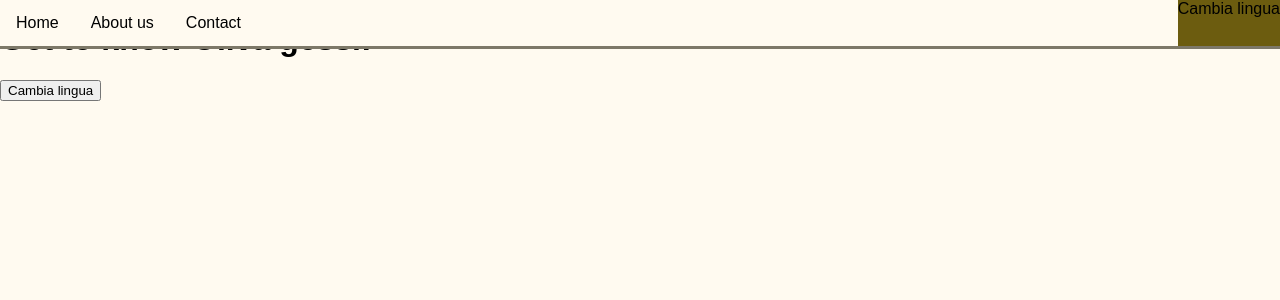
Repository: Seaside-Jokers/Oliva-gessi
Page: index.html
The author's editor kept a copy of each file at every save. The page is drawn from the files as they stood at one save, then again after a run of saves.
The browser window is 1280 px wide. The pictures show the whole page.

Above is the page before, as saved 2026-02-16 19:24:02.

### index.html
<!DOCTYPE html>
<html lang="it">
<head>
    <meta charset="UTF-8">
    <title>Oliva gessi</title>
    <link rel="stylesheet" href="src/style.css">
</head>
<body>
    <nav class="navbar">
        <a class="nav-button" href="#" data-key="home">Home</a>
        <a class="nav-button" href="#" data-key="about">Chi siamo</a>
        <a class="nav-button" href="#" data-key="contact">Contatti</a>
        <a onclick="changeState()" data-key="change-language" class="change-language">
            Cambia lingua</a>
    </nav>

    <h1 data-key="titolo">Vieni a conoscere Oliva Gessi!</h1>
    <button onclick="changeState()" type="button">Cambia lingua</button>

    <!-- - - - - - - - - - - - - - - - - - - - - - - - - - - - - - - - - - - - -->
    <!--                              DO NOT TOUCH                             -->
    <!-- - - - - - - - - - - - - - - - - - - - - - - - - - - - - - - - - - - - -->
    <script src="src/database_testo.js"></script>
    <script src="src/color_scheme.js"></script>
</body>

<!-- TODO: leggi questo commento e poi eliminalo per favore: quando vuoi aggiungere un nuovo testo modificalo in src/database_testo.js -->
</html>

### src/style.css
body {
    font-family: 'Montserrat', sans-serif;
    margin: 0;
    padding: 0;
    background-color: var(--colors-background);
}
.navbar {
    display: flex;
    overflow: hidden;
    background-color: var(--colors-surface);
    outline: 3px solid var(--colors-outline);
    position: fixed;
    top: 0;
    width: 100%;
}

.change-language {
    background-color: var(--colors-primary);
    color: var(--colors-onPrimary);
    border: none;
    padding: 0px, 20px;
    cursor: pointer;
    font-size: 16px;
    margin-left: auto;
}

a.nav-button {
    color: var(--colors-onSurface);
    text-decoration: none;
    padding: 14px 16px;
    display: block;
}

/*
    Fonts: https://ctrl-z.it/9-font-architettura-tavole-portfolio https://material-f/
    Design: foundation.github.io/material-theme-builder/
    Fonts: Playfair Display (titoli), Montserrat (testo normale)
*/

### src/database_testo.js
const traduzioni = {
    "it": {
        titolo: "Vieni a conoscere Oliva gessi!",
        home: "Home",
        about: "Chi siamo",
        contact: "Contatti"
    },
    "en": {
        titolo: "Get to know Oliva gessi!",
        home: "Home",
        about: "About us",
        contact: "Contact"
    }
}



/* -------------------------------------------------------------------------- */
/*                                DO NOT TOUCH                                */
/* -------------------------------------------------------------------------- */
var state =  getDefaultLang();

function aggiornaInterfaccia() {
    const elementi = document.querySelectorAll('[data-key]');

    elementi.forEach(el => {
        const chiave = el.getAttribute('data-key');
        const testoTradotto = traduzioni[state][chiave];

        if (testoTradotto) {
            el.textContent = testoTradotto;
        }
    });
}

/* -------------------------------------------------------------------------- */
/*                            Cambiamenti di stato                            */
/* -------------------------------------------------------------------------- */
function getDefaultLang() {
    if(navigator.language.substring(0, 2) === "en")
        return "en";

    return "it";
}
function defaultState() {
    state = getDefaultLang();
    aggiornaInterfaccia();
    return true;
}
function changeStateTo(_state) {
    if(_state !== "it" && _state !== "en") {
        defaultState();
        return;
    }
    state = _state;
    aggiornaInterfaccia();
}
function changeState() {
    if(state === "it")
        changeStateTo("en");
    else
        changeStateTo("it");
}

document.addEventListener("DOMContentLoaded", aggiornaInterfaccia);

### src/color_scheme.js
const ThemeManager = (() => {
    const colorScheme = {
        "light": {
            "primary": "hsl(50, 76%, 24%)",
            "surfaceTint": "hsl(50, 76%, 24%)",
            "onPrimary": "hsl(0, 0%, 100%)",
            "primaryContainer": "hsl(48, 89%, 75%)",
            "onPrimaryContainer": "hsl(51, 100%, 16%)",
            "secondary": "hsl(47, 23%, 33%)",
            "onSecondary": "hsl(0, 0%, 100%)",
            "secondaryContainer": "hsl(46, 60%, 84%)",
            "onSecondaryContainer": "hsl(48, 30%, 24%)",
            "tertiary": "hsl(139, 21%, 33%)",
            "onTertiary": "hsl(0, 0%, 100%)",
            "tertiaryContainer": "hsl(134, 51%, 85%)",
            "onTertiaryContainer": "hsl(141, 28%, 24%)",
            "error": "hsl(0, 75%, 42%)",
            "onError": "hsl(0, 0%, 100%)",
            "errorContainer": "hsl(6, 100%, 92%)",
            "onErrorContainer": "hsl(356, 100%, 29%)",
            "background": "hsl(39, 100%, 97%)",
            "onBackground": "hsl(44, 22%, 10%)",
            "surface": "hsl(39, 100%, 97%)",
            "onSurface": "hsl(44, 22%, 10%)",
            "surfaceVariant": "hsl(42, 38%, 87%)",
            "onSurfaceVariant": "hsl(47, 14%, 26%)",
            "outline": "hsl(46, 9%, 45%)",
            "outlineVariant": "hsl(43, 20%, 75%)",
            "shadow": "hsl(0, 0%, 0%)",
            "scrim": "hsl(0, 0%, 0%)",
            "inverseSurface": "hsl(45, 13%, 18%)",
            "inverseOnSurface": "hsl(40, 57%, 93%)",
            "inversePrimary": "hsl(48, 60%, 65%)",
            "primaryFixed": "hsl(48, 89%, 75%)",
            "onPrimaryFixed": "hsl(48, 100%, 7%)",
            "primaryFixedDim": "hsl(48, 60%, 65%)",
            "onPrimaryFixedVariant": "hsl(51, 100%, 16%)",
            "secondaryFixed": "hsl(46, 60%, 84%)",
            "onSecondaryFixed": "hsl(48, 78%, 7%)",
            "secondaryFixedDim": "hsl(46, 34%, 73%)",
            "onSecondaryFixedVariant": "hsl(48, 30%, 24%)",
            "tertiaryFixed": "hsl(134, 51%, 85%)",
            "onTertiaryFixed": "hsl(147, 100%, 6%)",
            "tertiaryFixedDim": "hsl(135, 29%, 74%)",
            "onTertiaryFixedVariant": "hsl(141, 28%, 24%)",
            "surfaceDim": "hsl(39, 24%, 84%)",
            "surfaceBright": "hsl(39, 100%, 97%)",
            "surfaceContainerLowest": "hsl(0, 0%, 100%)",
            "surfaceContainerLow": "hsl(40, 68%, 94%)",
            "surfaceContainer": "hsl(40, 49%, 92%)",
            "surfaceContainerHigh": "hsl(42, 37%, 89%)",
            "surfaceContainerHighest": "hsl(42, 30%, 87%)"
        },
        "light-medium-contrast": {
            "primary": "hsl(51, 100%, 13%)",
            "surfaceTint": "hsl(50, 76%, 24%)",
            "onPrimary": "hsl(0, 0%, 100%)",
            "primaryContainer": "hsl(49, 61%, 30%)",
            "onPrimaryContainer": "hsl(0, 0%, 100%)",
            "secondary": "hsl(49, 38%, 17%)",
            "onSecondary": "hsl(0, 0%, 100%)",
            "secondaryContainer": "hsl(48, 20%, 38%)",
            "onSecondaryContainer": "hsl(0, 0%, 100%)",
            "tertiary": "hsl(143, 39%, 17%)",
            "onTertiary": "hsl(0, 0%, 100%)",
            "tertiaryContainer": "hsl(139, 18%, 39%)",
            "onTertiaryContainer": "hsl(0, 0%, 100%)",
            "error": "hsl(357, 100%, 23%)",
            "onError": "hsl(0, 0%, 100%)",
            "errorContainer": "hsl(2, 68%, 48%)",
            "onErrorContainer": "hsl(0, 0%, 100%)",
            "background": "hsl(39, 100%, 97%)",
            "onBackground": "hsl(44, 22%, 10%)",
            "surface": "hsl(39, 100%, 97%)",
            "onSurface": "hsl(48, 36%, 5%)",
            "surfaceVariant": "hsl(42, 38%, 87%)",
            "onSurfaceVariant": "hsl(46, 17%, 19%)",
            "outline": "hsl(44, 12%, 30%)",
            "outlineVariant": "hsl(45, 10%, 41%)",
            "shadow": "hsl(0, 0%, 0%)",
            "scrim": "hsl(0, 0%, 0%)",
            "inverseSurface": "hsl(45, 13%, 18%)",
            "inverseOnSurface": "hsl(40, 57%, 93%)",
            "inversePrimary": "hsl(48, 60%, 65%)",
            "primaryFixed": "hsl(49, 61%, 30%)",
            "onPrimaryFixed": "hsl(0, 0%, 100%)",
            "primaryFixedDim": "hsl(51, 94%, 20%)",
            "onPrimaryFixedVariant": "hsl(0, 0%, 100%)",
            "secondaryFixed": "hsl(48, 20%, 38%)",
            "onSecondaryFixed": "hsl(0, 0%, 100%)",
            "secondaryFixedDim": "hsl(49, 25%, 29%)",
            "onSecondaryFixedVariant": "hsl(0, 0%, 100%)",
            "tertiaryFixed": "hsl(139, 18%, 39%)",
            "onTertiaryFixed": "hsl(0, 0%, 100%)",
            "tertiaryFixedDim": "hsl(139, 23%, 29%)",
            "onTertiaryFixedVariant": "hsl(0, 0%, 100%)",
            "surfaceDim": "hsl(41, 16%, 76%)",
            "surfaceBright": "hsl(39, 100%, 97%)",
            "surfaceContainerLowest": "hsl(0, 0%, 100%)",
            "surfaceContainerLow": "hsl(40, 68%, 94%)",
            "surfaceContainer": "hsl(42, 37%, 89%)",
            "surfaceContainerHigh": "hsl(39, 26%, 85%)",
            "surfaceContainerHighest": "hsl(41, 19%, 81%)"
        },
        "light-high-contrast": {
            "primary": "hsl(50, 100%, 10%)",
            "surfaceTint": "hsl(50, 76%, 24%)",
            "onPrimary": "hsl(0, 0%, 100%)",
            "primaryContainer": "hsl(50, 100%, 17%)",
            "onPrimaryContainer": "hsl(0, 0%, 100%)",
            "secondary": "hsl(49, 47%, 13%)",
            "onSecondary": "hsl(0, 0%, 100%)",
            "secondaryContainer": "hsl(48, 28%, 25%)",
            "onSecondaryContainer": "hsl(0, 0%, 100%)",
            "tertiary": "hsl(146, 52%, 13%)",
            "onTertiary": "hsl(0, 0%, 100%)",
            "tertiaryContainer": "hsl(141, 27%, 25%)",
            "onTertiaryContainer": "hsl(0, 0%, 100%)",
            "error": "hsl(357, 100%, 19%)",
            "onError": "hsl(0, 0%, 100%)",
            "errorContainer": "hsl(356, 100%, 30%)",
            "onErrorContainer": "hsl(0, 0%, 100%)",
            "background": "hsl(39, 100%, 97%)",
            "onBackground": "hsl(44, 22%, 10%)",
            "surface": "hsl(39, 100%, 97%)",
            "onSurface": "hsl(0, 0%, 0%)",
            "surfaceVariant": "hsl(42, 38%, 87%)",
            "onSurfaceVariant": "hsl(0, 0%, 0%)",
            "outline": "hsl(48, 19%, 15%)",
            "outlineVariant": "hsl(47, 13%, 27%)",
            "shadow": "hsl(0, 0%, 0%)",
            "scrim": "hsl(0, 0%, 0%)",
            "inverseSurface": "hsl(45, 13%, 18%)",
            "inverseOnSurface": "hsl(0, 0%, 100%)",
            "inversePrimary": "hsl(48, 60%, 65%)",
            "primaryFixed": "hsl(50, 100%, 17%)",
            "onPrimaryFixed": "hsl(0, 0%, 100%)",
            "primaryFixedDim": "hsl(50, 100%, 12%)",
            "onPrimaryFixedVariant": "hsl(0, 0%, 100%)",
            "secondaryFixed": "hsl(48, 28%, 25%)",
            "onSecondaryFixed": "hsl(0, 0%, 100%)",
            "secondaryFixedDim": "hsl(49, 41%, 16%)",
            "onSecondaryFixedVariant": "hsl(0, 0%, 100%)",
            "tertiaryFixed": "hsl(141, 27%, 25%)",
            "onTertiaryFixed": "hsl(0, 0%, 100%)",
            "tertiaryFixedDim": "hsl(145, 43%, 16%)",
            "onTertiaryFixedVariant": "hsl(0, 0%, 100%)",
            "surfaceDim": "hsl(41, 13%, 71%)",
            "surfaceBright": "hsl(39, 100%, 97%)",
            "surfaceContainerLowest": "hsl(0, 0%, 100%)",
            "surfaceContainerLow": "hsl(40, 57%, 93%)",
            "surfaceContainer": "hsl(42, 30%, 87%)",
            "surfaceContainerHigh": "hsl(42, 21%, 82%)",
            "surfaceContainerHighest": "hsl(41, 16%, 76%)"
        },
        "dark": {
            "primary": "hsl(48, 60%, 65%)",
            "surfaceTint": "hsl(48, 60%, 65%)",
            "onPrimary": "hsl(50, 100%, 11%)",
            "primaryContainer": "hsl(51, 100%, 16%)",
            "onPrimaryContainer": "hsl(48, 89%, 75%)",
            "secondary": "hsl(46, 34%, 73%)",
            "onSecondary": "hsl(49, 42%, 15%)",
            "secondaryContainer": "hsl(48, 30%, 24%)",
            "onSecondaryContainer": "hsl(46, 60%, 84%)",
            "tertiary": "hsl(135, 29%, 74%)",
            "onTertiary": "hsl(146, 47%, 15%)",
            "tertiaryContainer": "hsl(141, 28%, 24%)",
            "onTertiaryContainer": "hsl(134, 51%, 85%)",
            "error": "hsl(6, 100%, 84%)",
            "onError": "hsl(357, 100%, 21%)",
            "errorContainer": "hsl(356, 100%, 29%)",
            "onErrorContainer": "hsl(6, 100%, 92%)",
            "background": "hsl(48, 31%, 6%)",
            "onBackground": "hsl(42, 30%, 87%)",
            "surface": "hsl(48, 31%, 6%)",
            "onSurface": "hsl(42, 30%, 87%)",
            "surfaceVariant": "hsl(47, 14%, 26%)",
            "onSurfaceVariant": "hsl(43, 20%, 75%)",
            "outline": "hsl(44, 9%, 55%)",
            "outlineVariant": "hsl(47, 14%, 26%)",
            "shadow": "hsl(0, 0%, 0%)",
            "scrim": "hsl(0, 0%, 0%)",
            "inverseSurface": "hsl(42, 30%, 87%)",
            "inverseOnSurface": "hsl(45, 13%, 18%)",
            "inversePrimary": "hsl(50, 76%, 24%)",
            "primaryFixed": "hsl(48, 89%, 75%)",
            "onPrimaryFixed": "hsl(48, 100%, 7%)",
            "primaryFixedDim": "hsl(48, 60%, 65%)",
            "onPrimaryFixedVariant": "hsl(51, 100%, 16%)",
            "secondaryFixed": "hsl(46, 60%, 84%)",
            "onSecondaryFixed": "hsl(48, 78%, 7%)",
            "secondaryFixedDim": "hsl(46, 34%, 73%)",
            "onSecondaryFixedVariant": "hsl(48, 30%, 24%)",
            "tertiaryFixed": "hsl(134, 51%, 85%)",
            "onTertiaryFixed": "hsl(147, 100%, 6%)",
            "tertiaryFixedDim": "hsl(135, 29%, 74%)",
            "onTertiaryFixedVariant": "hsl(141, 28%, 24%)",
            "surfaceDim": "hsl(48, 31%, 6%)",
            "surfaceBright": "hsl(45, 11%, 21%)",
            "surfaceContainerLowest": "hsl(47, 39%, 5%)",
            "surfaceContainerLow": "hsl(44, 22%, 10%)",
            "surfaceContainer": "hsl(49, 19%, 11%)",
            "surfaceContainerHigh": "hsl(45, 15%, 15%)",
            "surfaceContainerHighest": "hsl(46, 13%, 19%)"
        },
        "dark-medium-contrast": {
            "primary": "hsl(48, 81%, 73%)",
            "surfaceTint": "hsl(48, 60%, 65%)",
            "onPrimary": "hsl(49, 100%, 9%)",
            "primaryContainer": "hsl(49, 44%, 44%)",
            "onPrimaryContainer": "hsl(0, 0%, 0%)",
            "secondary": "hsl(46, 52%, 81%)",
            "onSecondary": "hsl(48, 56%, 11%)",
            "secondaryContainer": "hsl(47, 18%, 52%)",
            "onSecondaryContainer": "hsl(0, 0%, 0%)",
            "tertiary": "hsl(134, 44%, 83%)",
            "onTertiary": "hsl(147, 69%, 10%)",
            "tertiaryContainer": "hsl(137, 15%, 53%)",
            "onTertiaryContainer": "hsl(0, 0%, 0%)",
            "error": "hsl(7, 100%, 90%)",
            "onError": "hsl(358, 100%, 16%)",
            "errorContainer": "hsl(4, 100%, 64%)",
            "onErrorContainer": "hsl(0, 0%, 0%)",
            "background": "hsl(48, 31%, 6%)",
            "onBackground": "hsl(42, 30%, 87%)",
            "surface": "hsl(48, 31%, 6%)",
            "onSurface": "hsl(0, 0%, 100%)",
            "surfaceVariant": "hsl(47, 14%, 26%)",
            "onSurfaceVariant": "hsl(43, 31%, 84%)",
            "outline": "hsl(42, 14%, 67%)",
            "outlineVariant": "hsl(44, 9%, 55%)",
            "shadow": "hsl(0, 0%, 0%)",
            "scrim": "hsl(0, 0%, 0%)",
            "inverseSurface": "hsl(42, 30%, 87%)",
            "inverseOnSurface": "hsl(45, 15%, 15%)",
            "inversePrimary": "hsl(50, 100%, 17%)",
            "primaryFixed": "hsl(48, 89%, 75%)",
            "onPrimaryFixed": "hsl(46, 100%, 4%)",
            "primaryFixedDim": "hsl(48, 60%, 65%)",
            "onPrimaryFixedVariant": "hsl(51, 100%, 13%)",
            "secondaryFixed": "hsl(46, 60%, 84%)",
            "onSecondaryFixed": "hsl(46, 100%, 4%)",
            "secondaryFixedDim": "hsl(46, 34%, 73%)",
            "onSecondaryFixedVariant": "hsl(49, 38%, 17%)",
            "tertiaryFixed": "hsl(134, 51%, 85%)",
            "onTertiaryFixed": "hsl(143, 100%, 4%)",
            "tertiaryFixedDim": "hsl(135, 29%, 74%)",
            "onTertiaryFixedVariant": "hsl(143, 39%, 17%)",
            "surfaceDim": "hsl(48, 31%, 6%)",
            "surfaceBright": "hsl(43, 11%, 25%)",
            "surfaceContainerLowest": "hsl(40, 50%, 2%)",
            "surfaceContainerLow": "hsl(44, 21%, 10%)",
            "surfaceContainer": "hsl(49, 15%, 14%)",
            "surfaceContainerHigh": "hsl(45, 13%, 18%)",
            "surfaceContainerHighest": "hsl(42, 11%, 23%)"
        },
        "dark-high-contrast": {
            "primary": "hsl(47, 100%, 86%)",
            "surfaceTint": "hsl(48, 60%, 65%)",
            "onPrimary": "hsl(0, 0%, 0%)",
            "primaryContainer": "hsl(48, 57%, 63%)",
            "onPrimaryContainer": "hsl(44, 100%, 3%)",
            "secondary": "hsl(46, 89%, 89%)",
            "onSecondary": "hsl(0, 0%, 0%)",
            "secondaryContainer": "hsl(46, 32%, 71%)",
            "onSecondaryContainer": "hsl(44, 100%, 3%)",
            "tertiary": "hsl(134, 80%, 90%)",
            "onTertiary": "hsl(0, 0%, 0%)",
            "tertiaryContainer": "hsl(135, 28%, 72%)",
            "onTertiaryContainer": "hsl(140, 100%, 3%)",
            "error": "hsl(8, 100%, 96%)",
            "onError": "hsl(0, 0%, 0%)",
            "errorContainer": "hsl(7, 100%, 82%)",
            "onErrorContainer": "hsl(358, 100%, 7%)",
            "background": "hsl(48, 31%, 6%)",
            "onBackground": "hsl(42, 30%, 87%)",
            "surface": "hsl(48, 31%, 6%)",
            "onSurface": "hsl(0, 0%, 100%)",
            "surfaceVariant": "hsl(47, 14%, 26%)",
            "onSurfaceVariant": "hsl(0, 0%, 100%)",
            "outline": "hsl(42, 62%, 92%)",
            "outlineVariant": "hsl(42, 18%, 74%)",
            "shadow": "hsl(0, 0%, 0%)",
            "scrim": "hsl(0, 0%, 0%)",
            "inverseSurface": "hsl(42, 30%, 87%)",
            "inverseOnSurface": "hsl(0, 0%, 0%)",
            "inversePrimary": "hsl(50, 100%, 17%)",
            "primaryFixed": "hsl(48, 89%, 75%)",
            "onPrimaryFixed": "hsl(0, 0%, 0%)",
            "primaryFixedDim": "hsl(48, 60%, 65%)",
            "onPrimaryFixedVariant": "hsl(46, 100%, 4%)",
            "secondaryFixed": "hsl(46, 60%, 84%)",
            "onSecondaryFixed": "hsl(0, 0%, 0%)",
            "secondaryFixedDim": "hsl(46, 34%, 73%)",
            "onSecondaryFixedVariant": "hsl(46, 100%, 4%)",
            "tertiaryFixed": "hsl(134, 51%, 85%)",
            "onTertiaryFixed": "hsl(0, 0%, 0%)",
            "tertiaryFixedDim": "hsl(135, 29%, 74%)",
            "onTertiaryFixedVariant": "hsl(143, 100%, 4%)",
            "surfaceDim": "hsl(48, 31%, 6%)",
            "surfaceBright": "hsl(46, 8%, 30%)",
            "surfaceContainerLowest": "hsl(0, 0%, 0%)",
            "surfaceContainerLow": "hsl(49, 19%, 11%)",
            "surfaceContainer": "hsl(45, 13%, 18%)",
            "surfaceContainerHigh": "hsl(45, 11%, 22%)",
            "surfaceContainerHighest": "hsl(46, 10%, 26%)"
        }
    };

    let currentColorScheme = null;
    const STORAGE_KEY = 'user-color-scheme';
    const listeners = [];

    /**
     * Estrae il livello di contrasto dallo schema corrente
     * @param {string} scheme - Nome dello schema (es. 'dark-high-contrast')
     * @returns {string} Il livello di contrasto ('', 'medium-contrast', 'high-contrast')
     */
    function getContrastLevel(scheme) {
        if (scheme.includes('high-contrast')) return 'high-contrast';
        if (scheme.includes('medium-contrast')) return 'medium-contrast';
        return '';
    }

    /**
     * Ottiene lo schema colore preferito dal sistema operativo
     * @returns {string} 'dark' o 'light'
     */
    function getBrowserColorScheme() {
        if (window.matchMedia?.('(prefers-color-scheme: dark)').matches) {
            return 'dark';
        }
        return 'light';
    }

    /**
     * Aggiorna le variabili CSS con i colori dello schema corrente
     */
    function updateThemeColors() {
        const colors = colorScheme[currentColorScheme];
        if (!colors) {
            console.error(`Impossibile trovare i colori per lo schema: ${currentColorScheme}`);
            return;
        }

        const root = document.documentElement;

        // Applica ogni colore come variabile CSS
        for (const [key, value] of Object.entries(colors)) {
            const cssVarName = key.replace(/([A-Z])/g, '-$1').toLowerCase();
            root.style.setProperty(`--colors-${cssVarName}`, value);
        }

        // Notifica i listener del cambio tema
        notifyListeners(currentColorScheme);
    }

    /**
     * Cambia lo schema colore
     * @param {string} scheme - Nome dello schema da applicare
     * @returns {boolean} True se il cambio è avvenuto con successo
     */
    function changeColorScheme(scheme) {
        if (!colorScheme[scheme]) {
            console.error(`Schema colore non valido: ${scheme}`);
            return false;
        }

        currentColorScheme = scheme;
        updateThemeColors();

        // Salva la preferenza in localStorage
        try {
            localStorage.setItem(STORAGE_KEY, scheme);
        } catch (e) {
            console.warn('Impossibile salvare le preferenze tema:', e);
        }

        return true;
    }

    /**
     * Alterna tra modalità chiara e scura mantenendo il livello di contrasto
     */
    function toggleLightDark() {
        const isDark = currentColorScheme.startsWith('dark');
        const contrastLevel = getContrastLevel(currentColorScheme);

        const newScheme = isDark
            ? (contrastLevel ? `light-${contrastLevel}` : 'light')
            : (contrastLevel ? `dark-${contrastLevel}` : 'dark');

        changeColorScheme(newScheme);
    }

    /**
     * Imposta lo schema colore con livello di contrasto opzionale
     * @param {string} scheme - 'light' o 'dark'
     * @param {string} contrastLevel - '', 'medium-contrast' o 'high-contrast'
     */
    function setColorScheme(scheme, contrastLevel = '') {
        const fullScheme = contrastLevel ? `${scheme}-${contrastLevel}` : scheme;
        changeColorScheme(fullScheme);
    }

    /**
     * Registra un listener per i cambiamenti di tema
     * @param {Function} callback - Funzione chiamata quando il tema cambia
     * @returns {Function} Funzione per rimuovere il listener
     */
    function addThemeChangeListener(callback) {
        if (typeof callback !== 'function') {
            console.error('Il listener deve essere una funzione');
            return () => {};
        }

        listeners.push(callback);

        // Restituisce funzione per rimuovere il listener
        return () => {
            const index = listeners.indexOf(callback);
            if (index > -1) {
                listeners.splice(index, 1);
            }
        };
    }

    /**
     * Notifica tutti i listener del cambio tema
     * @param {string} newScheme - Il nuovo schema applicato
     */
    function notifyListeners(newScheme) {
        listeners.forEach(callback => {
            try {
                callback(newScheme);
            } catch (e) {
                console.error('Errore nel listener del tema:', e);
            }
        });
    }

    /**
     * Resetta le preferenze salvate e torna allo schema di sistema
     */
    function resetToSystemPreference() {
        try {
            localStorage.removeItem(STORAGE_KEY);
        } catch (e) {
            console.warn('Impossibile rimuovere le preferenze salvate:', e);
        }

        const systemScheme = getBrowserColorScheme();
        changeColorScheme(systemScheme);
    }

    /**
     * Ottiene tutti gli schemi disponibili
     * @returns {string[]} Array con i nomi di tutti gli schemi disponibili
     */
    function getAvailableSchemes() {
        return Object.keys(colorScheme);
    }

    /**
     * Verifica se lo schema corrente è scuro
     * @returns {boolean} True se il tema corrente è scuro
     */
    function isDarkMode() {
        return currentColorScheme?.startsWith('dark') ?? false;
    }

    /**
     * Inizializza il sistema di gestione temi
     */
    function init() {
        // 1. Cerca una preferenza salvata
        let savedScheme = null;
        try {
            savedScheme = localStorage.getItem(STORAGE_KEY);
        } catch (e) {
            console.warn('Impossibile leggere le preferenze tema:', e);
        }

        // 2. Usa quella salvata se valida, altrimenti usa quella del sistema
        const initialScheme = savedScheme && colorScheme[savedScheme]
            ? savedScheme
            : getBrowserColorScheme();

        changeColorScheme(initialScheme);

        // 3. Ascolta i cambiamenti di preferenza di sistema
        const mediaQuery = window.matchMedia?.('(prefers-color-scheme: dark)');
        if (mediaQuery) {
            mediaQuery.addEventListener('change', (e) => {
                // Aggiorna solo se non c'è una preferenza salvata dall'utente
                try {
                    const hasSavedPreference = localStorage.getItem(STORAGE_KEY);
                    if (!hasSavedPreference) {
                        const systemScheme = e.matches ? 'dark' : 'light';
                        const contrastLevel = getContrastLevel(currentColorScheme);
                        setColorScheme(systemScheme, contrastLevel);
                    }
                } catch (err) {
                    console.warn('Errore nella gestione del cambio tema di sistema:', err);
                }
            });
        }
    }

    // Espone l'API pubblica
    return {
        init,
        changeColorScheme,
        toggleLightDark,
        setColorScheme,
        getCurrentScheme: () => currentColorScheme,
        getAvailableSchemes,
        isDarkMode,
        addThemeChangeListener,
        resetToSystemPreference
    };
})();

// Inizializza automaticamente quando il DOM è pronto
if (document.readyState === 'loading') {
    document.addEventListener('DOMContentLoaded', ThemeManager.init);
} else {
    ThemeManager.init();
}

After the next 2 saves:
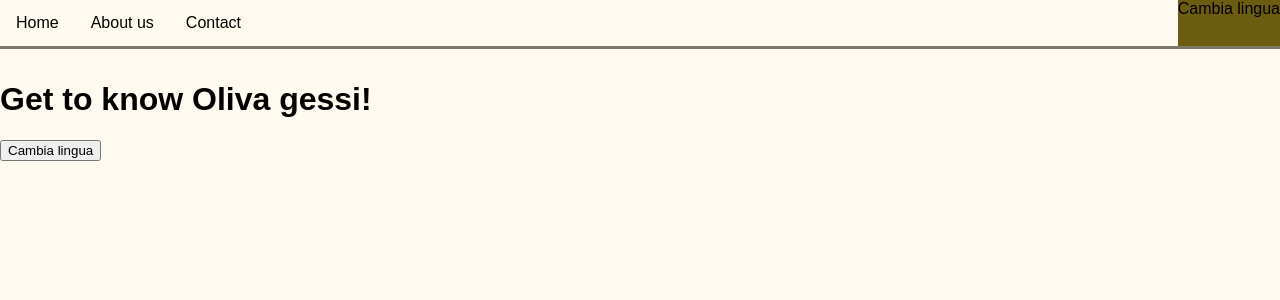
The 2 saves are shown as one change because they came seconds apart.
The last was saved 9 s later.
--- a/src/style.css
+++ b/src/style.css
@@ -2,6 +2,7 @@ body {
     font-family: 'Montserrat', sans-serif;
     margin: 0;
     padding: 0;
+    padding-top: 60px; /* Per evitare che il contenuto venga nascosto sotto la navbar */
     background-color: var(--colors-background);
 }
 .navbar {
